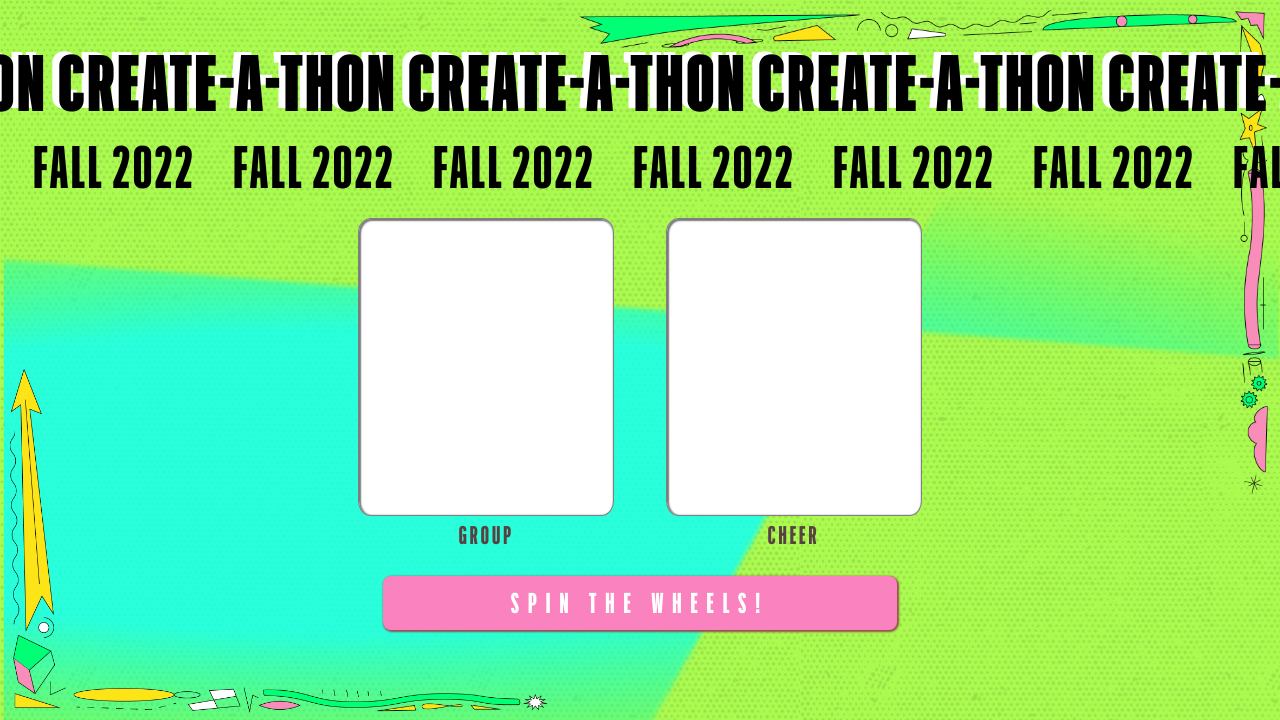
Repository: fakebrianho/IMA-Low-Res-Create-Athon-2022
Page: docs/presentation-order/index.html
The author's editor kept a copy of each file at every save. The page is drawn from the files as they stood at one save, then again after the next save.
The browser window is 1280 px wide. The pictures show the whole page.

Above is the page before, as saved 2022-10-28 22:24:25.
Not found: docs/presentation-order/libraries/p5.dom.js
Not found: docs/presentation-order/libraries/p5.js
Not found: docs/presentation-order/libraries/p5.sound.js

### docs/presentation-order/index.html
<!DOCTYPE html>
<html>

<head>
  <script src="libraries/p5.js"></script>
  <script src="libraries/p5.dom.js"></script>
  <script src="libraries/p5.sound.js"></script>
  <link
    href="https://fonts.googleapis.com/css2?family=Open+Sans:ital,wght@0,300;0,400;0,600;0,700;0,800;1,300;1,400;1,600;1,700;1,800&display=swap"
    rel="stylesheet">
  <link rel="stylesheet" type="text/css" href="style.css">
  <meta charset="utf-8">
  <title>Create-Athon Presentation Order</title>
</head>

<body>
  <header>

  </header>

  <section>

    <div id="wheel-container">
      <div class="fakeHeader">
        <h1 style="opacity: 0"><span>Create-a-Thon</span></h1>
        <h2 style="opacity: 0"><span>Fall 2022</span></h2>
      </div>
      <div class="prompt" id="input-prompt">
        <div class="changing-segment">
          <div id="inputs">
          </div>
        </div>
        <div class="prompt-label" id="input-label">Group</div>
      </div>

      <div class="prompt" id="output-prompt">
        <div class="changing-segment">
          <div id="outputs">
          </div>
        </div>
        <div class="prompt-label" id="output-label">Cheer</div>
      </div>

    </div>

    <div id="button-container">
      <button> Spin the wheels! </button>
    </div>

  </section>

  <footer>

  </footer>
  <script src='gsap.min.js'></script>
  <script src='index.js'></script>
  <script src="sketch.js"></script>
  <script src="wheel.js"></script>

</body>

</html>

### docs/presentation-order/style.css
@font-face {
	src: url('font/BildVariableV3-VF.woff2') format('woff2-variations'),
		url('font/BildVariableV3-VF.woff') format('woff');
	font-family: 'Bild Variable V3 Web';
	font-weight: 700 900;
	font-style: normal;
}

html,
body {
	margin: 0;
	padding: 0;
	width: 100%;
	height: 100%;
	box-sizing: border-box;
	font-family: 'Open Sans', sans-serif;
	font-family: 'Bild Variable V3 Web';
	font-weight: 700;
	hyphens: true;
	font-synthesis: none;
	margin: 0;
	text-transform: uppercase;
	font-variation-settings: 'wdth' 100;
	letter-spacing: 3px;
}

section {
	width: 100%;
	height: 100%;
	position: absolute;
	background-image: url('image/bg.png');
	background-size: 100% 100%;
	background: url(image/bg_border-top.png), url(image/bg_border-bottom.png),
		url(image/bg_gradient.png), url(image/bg_texture.png), #aafa50;
	background-repeat: no-repeat, no-repeat, no-repeat, repeat;
	background-size: auto 70vh, auto 50vh, 100vw 120vh, 800px auto;
	background-position: right top, left 50vh, left 25vh, 0 0;
}

h1 {
	font-family: 'Bild Variable V3 Web';
	font-size: 80px;
	font-weight: 900;
	hyphens: true;
	font-synthesis: none;
	text-transform: uppercase;
	text-shadow: -7px -3px #ffffff;
	margin: 0;
	font-variation-settings: 'wdth' 60;
}

h2 {
	font-family: 'Bild Variable V3 Web';
	font-size: 60px;
	font-weight: 700;
	hyphens: true;
	font-synthesis: none;
	margin: 0;
	text-transform: uppercase;
	font-variation-settings: 'wdth' 100;
}

footer {
	position: fixed;
	bottom: 4vh;
	width: 100vw;
	text-align: center;
}

.fakeHeader {
	position: fixed;
	top: 35px;
	left: 0;
	overflow: hidden;
	width: 100%;
	font-size: 16px;
	font-weight: 800;
	z-index: 0;
}

.fakeHeader h1,
.fakeHeader h2 {
	display: flex;
}

h1 span,
h2 span {
	width: 350px;
	display: inline-block;
	flex: 0 0 auto;
	/* opacity: 0; */
}

h2 span {
	width: 200px;
}

p {
	position: relative;
	overflow: hidden;
	overflow-x: auto;
}

#wheel-container {
	display: flex;
	justify-content: center;
	margin-top: 15%;
	overflow: hidden;
}

.prompt {
	display: flex;
	flex-direction: column;
	width: 20%;
	padding: 2%;
	text-align: center;
	overflow: hidden;
}

.changing-segment {
	box-shadow: 1px 1px 1.5px 1px #777 inset;
	border-radius: 5%;
	border-style: groove;
	border-color: gray;
	border-width: 1px;
	position: relative;
	overflow: none;
	background-color: #fff;
	color: black;
	height: 17rem;
	padding: 1rem 0 0.5rem 0;
	font-size: 1.2rem;
	line-height: 1.55rem;
}

#inputs,
#outputs {
	padding: 5%;
}

.prompt-label {
	color: #594042;
	margin-top: 0.3rem;
	font-size: 1.6rem;
}

#button-container {
	margin-top: 0%;
	text-align: center;
}

button {
	background: #fa82be;
	cursor: pointer;
	box-shadow: 1px 1px 2px 1px rgb(148, 79, 79);
	color: white;
	border-width: 0px;
	border-radius: 0.5rem;
	padding: 0.8% 10% 0.8% 10%;
	font-size: 1.8rem;
	font-weight: 200;
	font-family: 'Open Sans', sans-serif;
	font-family: 'Bild Variable V3 Web';
	font-weight: 700;
	hyphens: true;
	font-synthesis: none;
	margin: 0;
	text-transform: uppercase;
	font-variation-settings: 'wdth' 100;
	letter-spacing: 9px;
}

### docs/presentation-order/index.js
const carousels = document.querySelectorAll('.fakeHeader h1, .fakeHeader h2')
const fadeInTimeline = gsap.timeline()
fadeInTimeline
	.set(carousels, { opacity: 0 })
	.to(carousels, { opacity: 1, delay: 1, stagger: 1, duration: 2 })
carousels.forEach((carousel) => {
	const spanTag = carousel.querySelector('span')
	const spanWidth = spanTag.clientWidth
	for (let i = 0; i < 30; i++) {
		carousel.appendChild(spanTag.cloneNode(true))
	}
	const movementTimeline = gsap.timeline({
		repeat: -1,
	})
	movementTimeline
		.set(carousel, { x: 0 })
		.to(carousel, { x: spanWidth * -1, duration: 6, ease: 'linear' })
})

console.log('hello')

### docs/presentation-order/sketch.js
let spinButton
let data
let inputWheel, outputWheel
let clickSound, endSound, gameShow
let isSpinning = false
let resourcesAvailable = false

function preload() {
	data = loadJSON('data/generator.json')
	//sounds are public domain
	clickSound = loadSound('sound/faded_sine.mp3')
	endSound = loadSound('sound/Electronic_Chime-KevanGC-495939803.mp3')
	// maybe not this sound?
	gameShow = loadSound('sound/gameshow_short.mp3')
}

function windowResized() {
	resizeCanvas(windowWidth, windowHeight)
}

function setup() {
	frameRate(60)

	clickSound.setVolume(0.4)
	gameShow.setVolume(0.5)

	inputWheel = new Wheel('#inputs', data.input)
	outputWheel = new Wheel('#outputs', data.output)

	spinButton = select('button')
	spinButton.mouseClicked(startSpin)
}

function draw() {
	// workaround, see line 69
	if (inputWheel.spin) {
		inputWheel.move()
	}
	if (outputWheel.spin) {
		outputWheel.move()
	}

	if (isSpinning) {
		if (inputWheel.difference == 0 && outputWheel.difference == 0) {
			endSound.play()
			setTimeout(() => {
				gameShow.play()
			}, 100)
			isSpinning = false
		}
	}
}

function startSpin(
	clickEvent,
	targetInput = floor(random(data.input.length)),
	targetOutput = floor(random(data.output.length))
) {
	isSpinning = true

	// inputWheel.target = targetInput // not the target that displays!!
	// inputWheel.spin = true
	inputWheel.update(targetInput)
	// inputWheel.resetAriaHidden();

	outputWheel.target = targetOutput
	outputWheel.spin = true
	outputWheel.resetAriaHidden()

	// console.log(
	//   'make a something where the input is ' +
	//     data.input[targetInput] +
	//     ' and an output is ' +
	//     data.output[targetOutput]
	// );

	// remove data from array here
	console.log(targetInput)
	// console.log(data.input[targetInput])
	data.input.splice(targetInput, 1)
	console.log(data.input)
}

### docs/presentation-order/wheel.js
class Wheel {
	constructor(parentID, data, count = 5, startIndex = 0) {
		this.count = count
		this.data = data
		this.numOfCycles = Math.floor(random(2, 4))
		this.startIndex = startIndex
		this.currentIndex =
			this.startIndex - this.data.length * this.numOfCycles
		this.parentID = parentID
		this.elements = []
		this.position = []
		this.target = startIndex
		this.speed = 5
		this.difference = 0

		for (let i = 0; i < this.count; i++) {
			this.elements[i] = createP(
				this.data[
					(this.startIndex + i - floor(this.count / 2)) %
						this.data.length
				]
			)
			this.elements[i].parent(this.parentID)
			this.elements[i].attribute('aria-hidden', true)
			this.elements[i].style(
				'color',
				rgbToHex(int(random(120)), int(random(120)), int(random(120)))
			)
			this.position[i] = this.elements[i].position()
			if (i == floor(this.count / 2)) {
				this.elements[i].attribute('aria-hidden', false)
			} else {
				this.elements[i].style('visibility', 'hidden')
			}
		}
		// this feels hacky?
		this.startTop = this.position[0].y
		this.currTop = parseInt(this.elements[0].style('top'))
		this.distanceBetweenElements = this.position[1].y - this.position[0].y

		this.spin = false
	}

	resetAriaHidden() {
		for (let i = 0; i < this.count; i++) {
			this.elements[i].attribute('aria-hidden', true)
			this.elements[i].style('visibility', 'visible')
		}
	}

	// continuing the hack workaround
	update(target) {
		console.log(data.input[target])
		let inputWheel = document.getElementById('inputs')
		inputWheel.innerHTML = data.input[target]
		inputWheel.style.position = 'relative'
		inputWheel.style.top = '45%'
		this.spin = false
	}

	move() {
		this.currTop -= this.speed
		// console.log(this.target);
		// console.log(this.currentIndex);
		this.difference = int(this.target) - int(this.currentIndex)
		this.speed =
			(60 *
				abs(
					this.difference % (this.data.length * this.numOfCycles * 2)
				)) /
			(this.data.length * this.numOfCycles * 2)

		// console.log(this.data[this.target],this.target, this.currentIndex, this.difference, (this.data.length*this.numOfCycles), this.speed);

		if (this.currTop < -this.distanceBetweenElements / 2) {
			clickSound.play()
			this.currentIndex++
			this.startIndex =
				this.currentIndex + this.data.length * this.numOfCycles
			this.startIndex %= this.data.length
			this.elements[0].remove()
			this.currTop = 0
			this.elements.splice(0, 1)
			this.elements.push(
				createP(
					this.data[
						(this.data.length +
							this.startIndex +
							floor(this.count / 2)) %
							this.data.length
					]
				)
			)

			this.elements[this.elements.length - 1].parent(this.parentID)
			this.elements[this.elements.length - 1].attribute(
				'aria-hidden',
				true
			)
			this.elements[this.elements.length - 1].style(
				'color',
				rgbToHex(int(random(120)), int(random(120)), int(random(120)))
			)
		}
		for (let i = 0; i < this.elements.length; i++) {
			this.elements[i].style('top', this.currTop + 'px')
		}
		if (this.difference == 0) {
			this.spin = false

			console.log(this.data)

			this.numOfCycles = floor(random(2, 4))
			this.currentIndex =
				this.startIndex - this.data.length * this.numOfCycles
			for (let i = 0; i < this.elements.length; i++) {
				if (i == floor(this.elements.length / 2)) {
					this.elements[i].attribute('aria-hidden', false)
					this.elements[i].addClass('wrap')
				} else {
					this.elements[i].style('visibility', 'hidden')
				}
			}
		}
	}
}

function componentToHex(c) {
	var hex = c.toString(16)
	return hex.length == 1 ? '0' + hex : hex
}

function rgbToHex(r, g, b) {
	return '#' + componentToHex(r) + componentToHex(g) + componentToHex(b)
}

Loaded but not shown: docs/presentation-order/gsap.min.js (library)

After the next save:
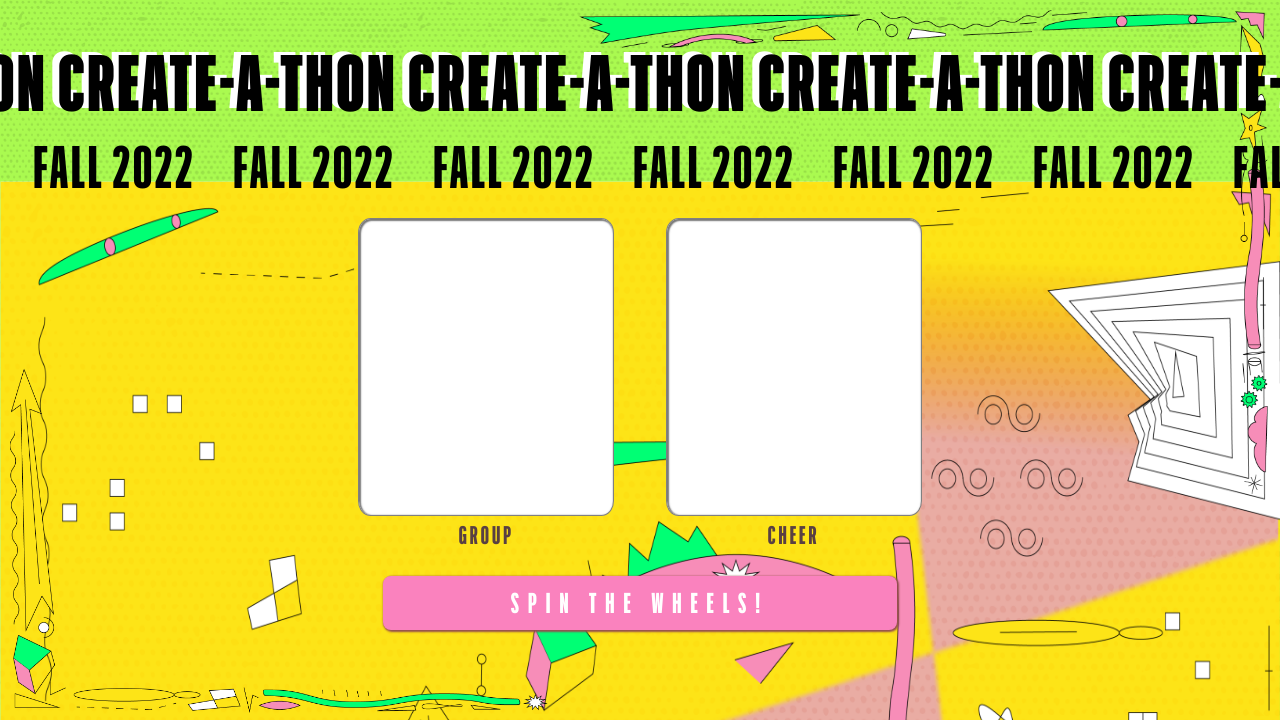
Saved 8 s later.
--- a/docs/presentation-order/style.css
+++ b/docs/presentation-order/style.css
@@ -31,7 +31,7 @@
 	background-image: url('image/bg.png');
 	background-size: 100% 100%;
 	background: url(image/bg_border-top.png), url(image/bg_border-bottom.png),
-		url(image/bg_gradient.png), url(image/bg_texture.png), #aafa50;
+		url(image/bg.png), url(image/bg_texture.png), #aafa50;
 	background-repeat: no-repeat, no-repeat, no-repeat, repeat;
 	background-size: auto 70vh, auto 50vh, 100vw 120vh, 800px auto;
 	background-position: right top, left 50vh, left 25vh, 0 0;
